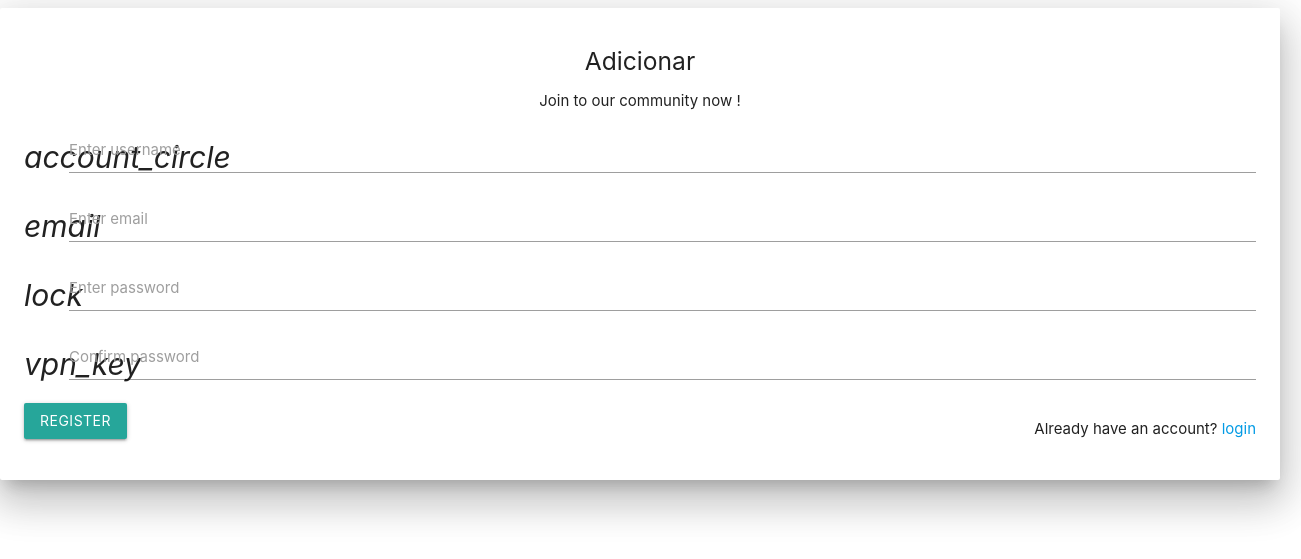
Repository: luizasilveira/TechWeb
Page: Projeto1/techWebP1/WebContent/add.html
The author's editor kept a copy of each file at every save. The page is drawn from the files as they stood at one save, then again after the next save.
The browser window is 1280 px wide. The page is 1301 px wide, so the pictures cover 1301 px, including what lies to the right of the window. The pictures show the whole page.

Above is the page before, as saved 2019-09-08 19:11:39.

After the next save:
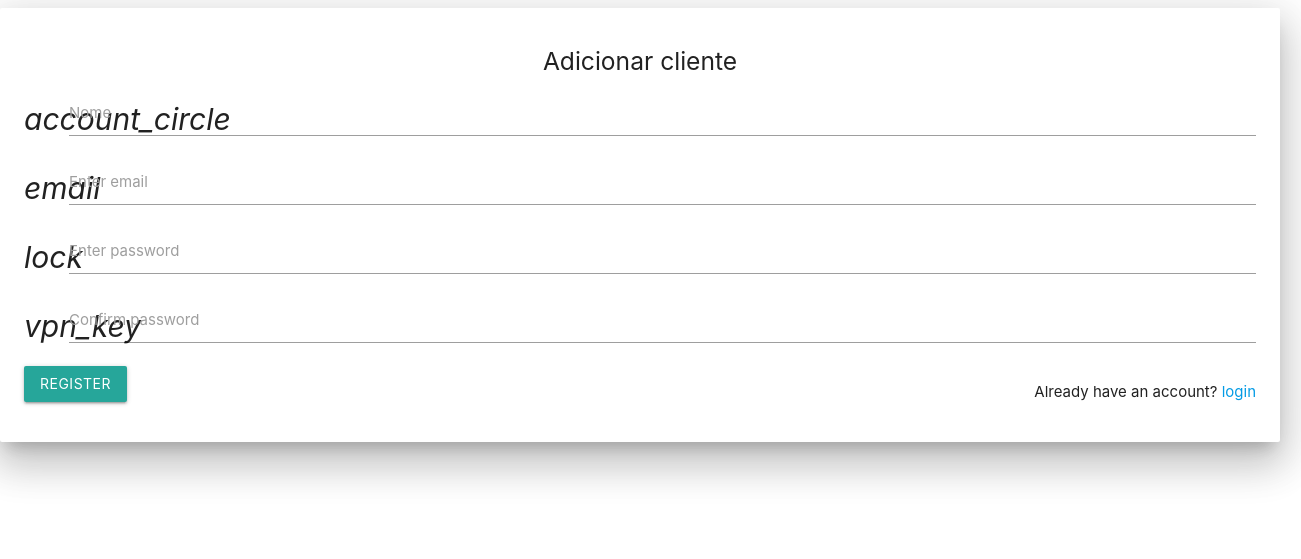
Saved 71 s later.
--- a/Projeto1/techWebP1/WebContent/add.html
+++ b/Projeto1/techWebP1/WebContent/add.html
@@ -36,12 +36,11 @@ body {
 <body>
 	<form action="./AddClients" method="post" class="col s12">
 		<div class="card-panel z-depth-5">
-                  <h5 class="center">Adicionar</h5>
-                  <p class="center">Join to our community now !</p>
+                  <h5 class="center">Adicionar cliente</h5>
                    <div class="input-field">
                     <i class="material-icons prefix">account_circle</i>
-                    <input type="text" name="username">
-                    <label>Enter username</label>
+                    <input type="text" name="nome">
+                    <label>Nome</label>
                   </div>
 
                    <div class="input-field">
